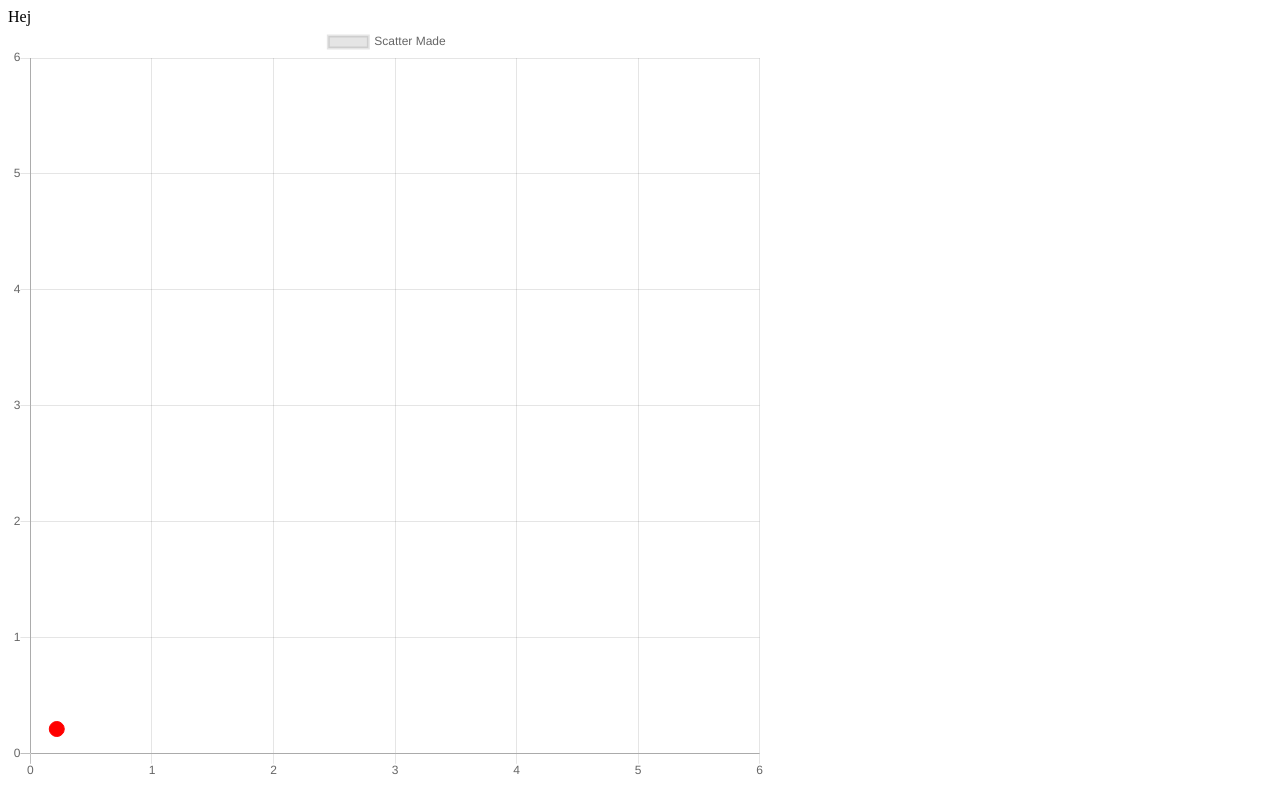
Repository: MadeleineHarbom/Cloud
Page: lektion19/WebContent/E4_random_timed.html
The author's editor kept a copy of each file at every save. The page is drawn from the files as they stood at one save, then again after the next save.
The browser window is 1280 px wide. The pictures show the whole page.
Some web libraries are served in a nearby version.

Above is the page before, as saved 2020-01-27 17:24:48.

### lektion19/WebContent/E4_random_timed.html
<!DOCTYPE html>
<html>
<head>
<meta charset="UTF-8">
<title>Insert title here</title>
<script src="https://cdn.jsdelivr.net/npm/chart.js@2.8.0/dist/Chart.min.js"></script>
</head>
<body>
Hej
<div style="width:60%">
      <canvas id="myE4Chart" width="400" height="400"></canvas>
      </div>
      <script>
      var ctx = document.getElementById('myE4Chart').getContext('2d');
      var scatterChart = new Chart(ctx, {
          type: 'scatter',
          data: {
        	  datasets: [{
                  label: 'Scatter Made',
                  data: [{
                      x: 0,
                      y: 0
                  }],
                  pointBackgroundColor: ["#FF0000", "#4287f5", "#14c732", "#f2ef22", "#f20ac8"],
                  pointBorderColor: ['#FF0000', '#FF0000', '#FF0000', '#FF0000', '#FF0000'],
                  pointRadius: 7.5,
              }]
          }
      })
      window.setInterval(addData, 5000)

      function addData() {
    	  console.log("imma give U sum mfing data!");
    	  var ranx = Math.floor(Math.random() * 10);
    	  var rany = Math.floor(Math.random() * 10);
    	  console.log(scatterChart.config.data.datasets[0].data);
    	  scatterChart.config.data.datasets[0].data.push(ranx, rany);
    	  scatterChart.update();
      }

      </script>

</body>
</html>

After the next save:
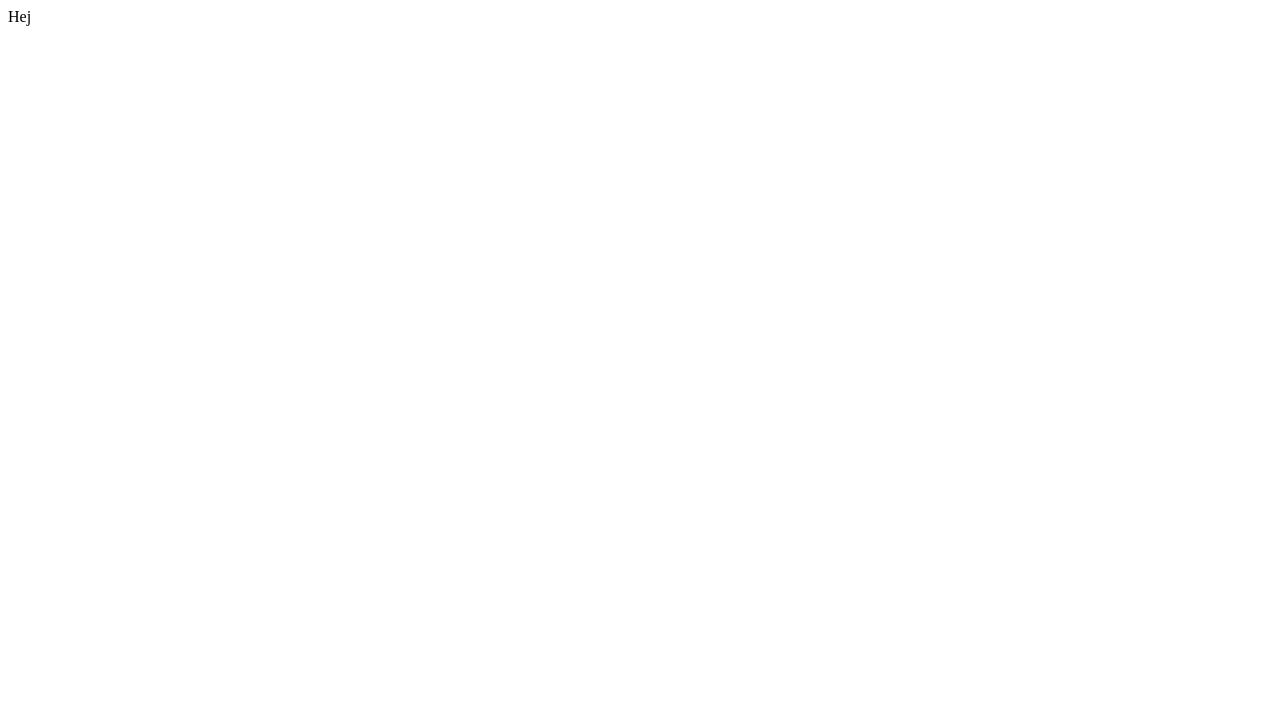
Console error: SyntaxError: Invalid or unexpected token
Saved 2 min 6 s later.
--- a/lektion19/WebContent/E4_random_timed.html
+++ b/lektion19/WebContent/E4_random_timed.html
@@ -21,8 +21,8 @@
                       x: 0,
                       y: 0
                   }],
-                  pointBackgroundColor: ["#FF0000", "#4287f5", "#14c732", "#f2ef22", "#f20ac8"],
-                  pointBorderColor: ['#FF0000', '#FF0000', '#FF0000', '#FF0000', '#FF0000'],
+                  pointBackgroundColor:"#FF0000",
+                  pointBorderColor:',
                   pointRadius: 7.5,
               }]
           }

After the save that followed:
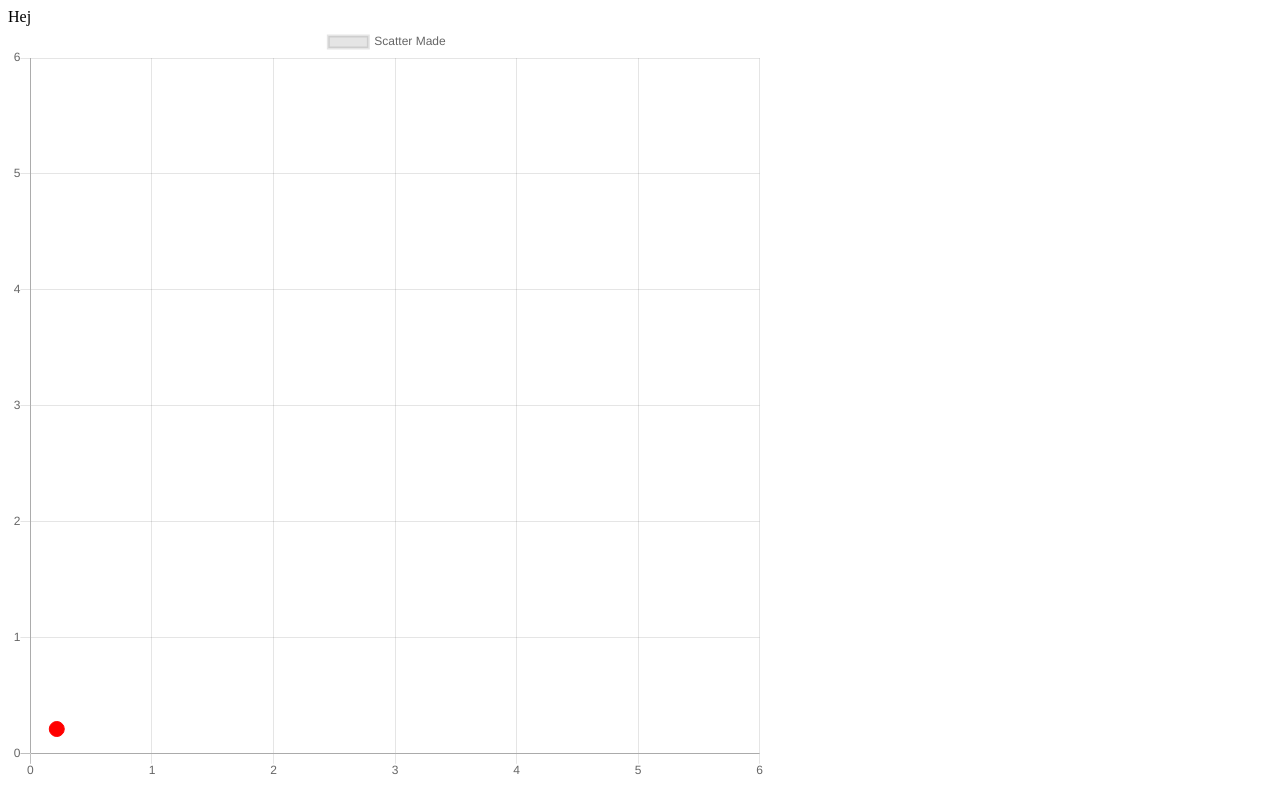
The error is gone.
Saved 28 s later.
--- a/lektion19/WebContent/E4_random_timed.html
+++ b/lektion19/WebContent/E4_random_timed.html
@@ -21,8 +21,8 @@
                       x: 0,
                       y: 0
                   }],
-                  pointBackgroundColor:"#FF0000",
-                  pointBorderColor:',
+                  pointBackgroundColor: ["#FF0000", "#4287f5", "#14c732", "#f2ef22", "#f20ac8"],
+                  pointBorderColor: ['#FF0000', '#FF0000', '#FF0000', '#FF0000', '#FF0000'],
                   pointRadius: 7.5,
               }]
           }
